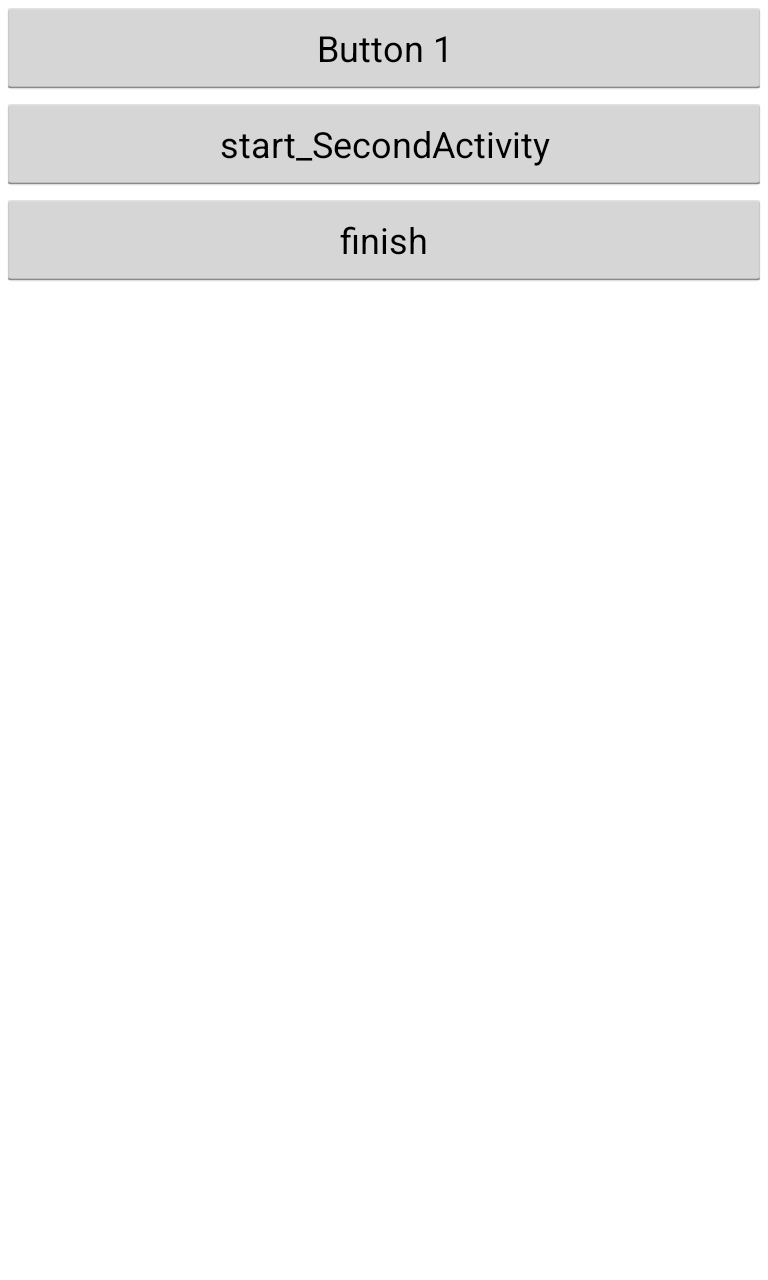
Repository: hohoTT/Android_summarize
Layout: ActivityTest/res/layout/first_layout.xml
The author's editor kept a copy of each file at every save. The layout is drawn from the files as they stood at one save, then again after the next save.
It is drawn on a 768 x 1280 px phone screen (xhdpi) without system bars, with theme AppTheme; the app's code is not run.

Above is the layout before, as saved 2016-02-22 04:11:20.

After the next save:
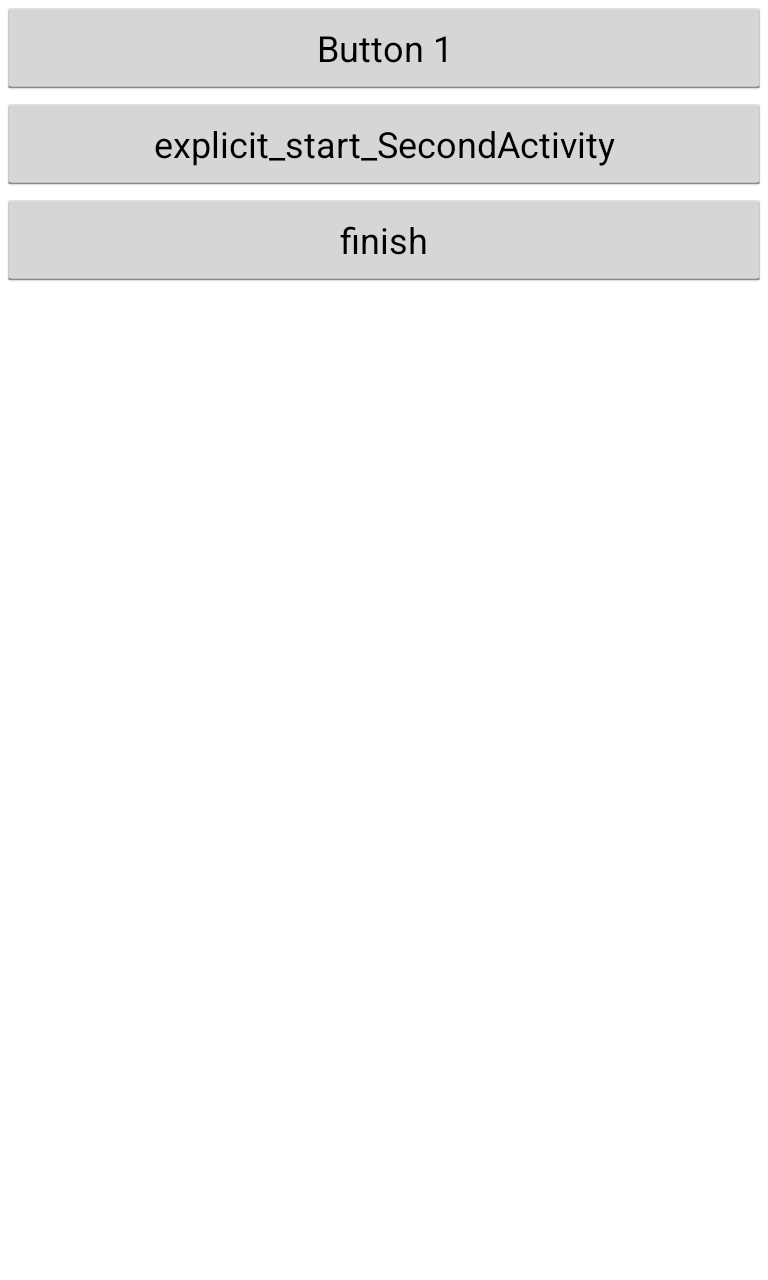
Saved 2 min 36 s later.
--- a/ActivityTest/res/layout/first_layout.xml
+++ b/ActivityTest/res/layout/first_layout.xml
@@ -14,7 +14,7 @@
         android:id="@+id/button_start_SecondActivity"
         android:layout_width="match_parent"
         android:layout_height="wrap_content"
-        android:text="start_SecondActivity" />
+        android:text="explicit_start_SecondActivity" />
 
     <Button
         android:id="@+id/button_finish"
